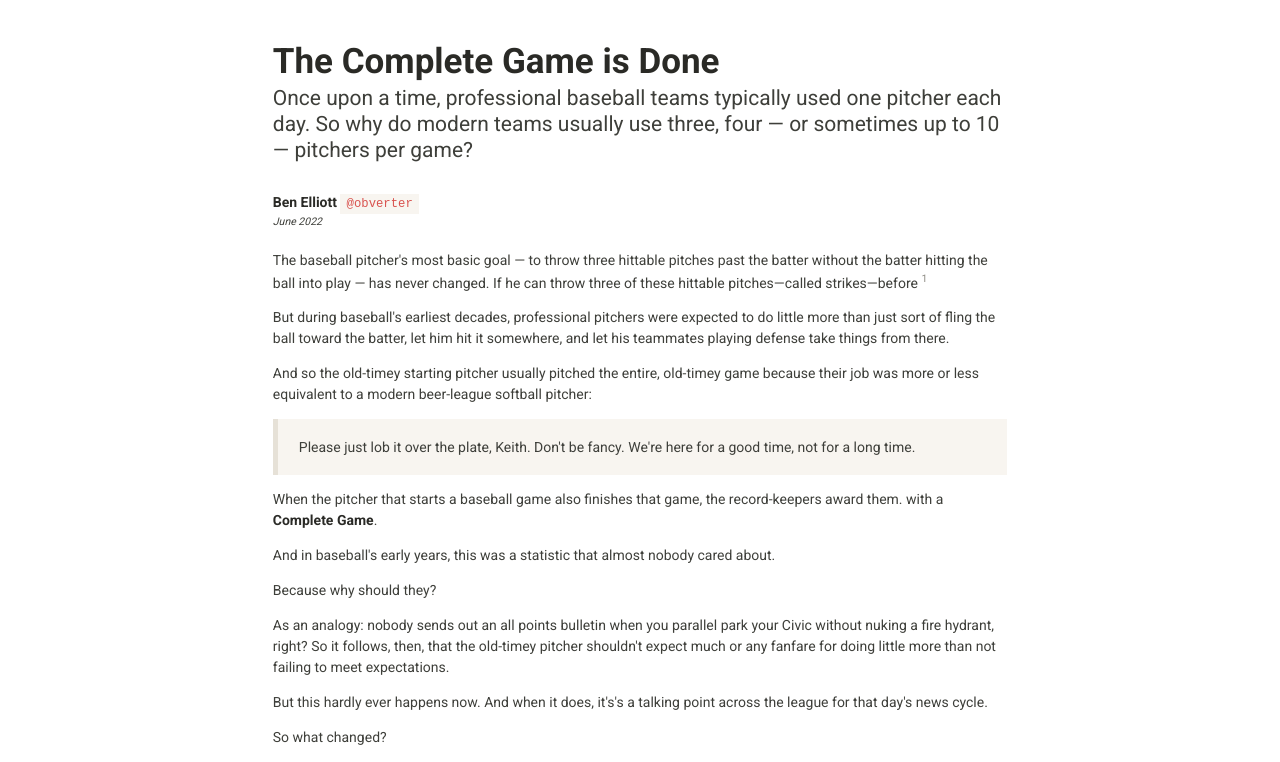
Repository: obverter/complete-games-are-done
Page: index.html
The author's editor kept a copy of each file at every save. The page is drawn from the files as they stood at one save, then again after the next save.
The browser window is 1280 px wide. The pictures show the part of the page from y = 0 to 762 px (the page is 1533 px tall before and 1596 px after).
Pictures or frames that could not be fetched are drawn as grey boxes.

Above is the page before, as saved 2022-06-24 20:37:32.

After the next save:
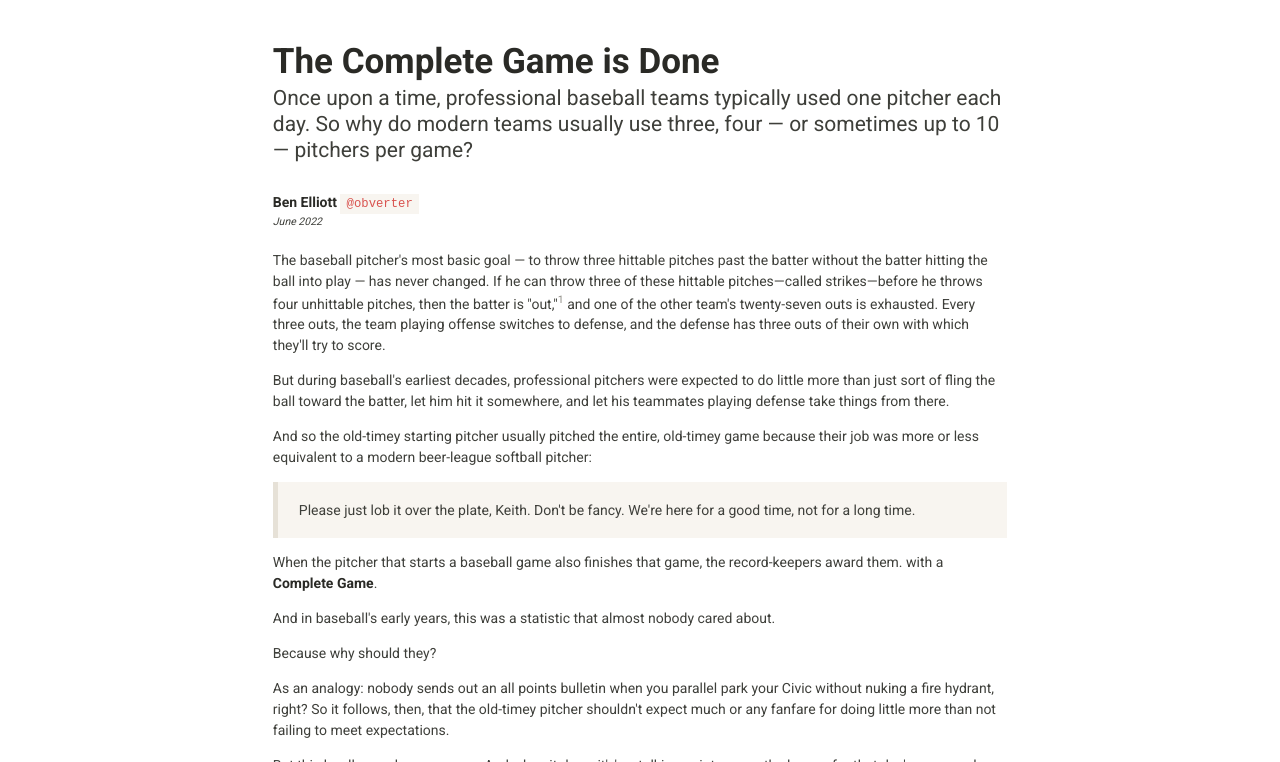
Saved 4 min 1 s later.
--- a/index.html
+++ b/index.html
@@ -42,7 +42,7 @@
                             The baseball pitcher's most basic goal — to throw
                             three hittable pitches past the batter without the
                             batter hitting the ball into play — has never
-                            changed. If he can throw three of these hittable pitches—called strikes—before <sup><a href="#fn1" id="ref1">1</a></sup>
+                            changed. If he can throw three of these hittable pitches—called strikes—before he throws four unhittable pitches, then the batter is "out,"<sup><a href="#fn1" id="ref1">1</a></sup> and one of the other team's twenty-seven outs is exhausted. Every three outs, the team playing offense switches to defense, and the defense has three outs of their own with which they'll try to score.
                         </p>
                         <p>
                             But during baseball's earliest decades, professional
